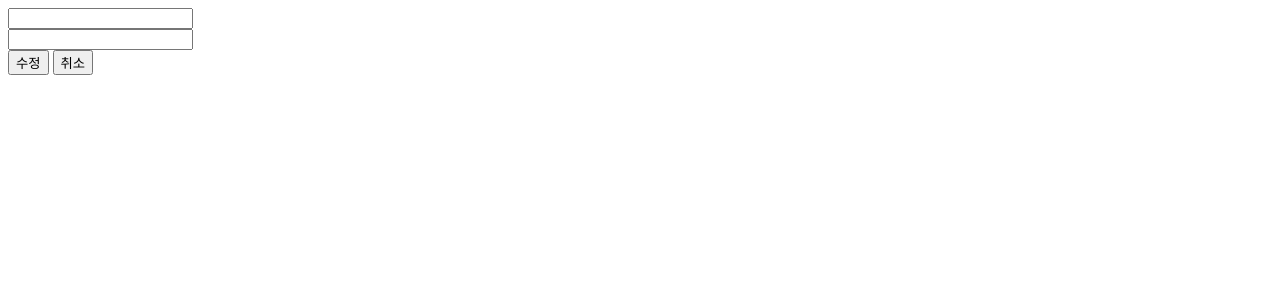
Repository: psyoongsc/SogongDo_Facility
Page: http://localhost/SogongDo_Management_System/FacilityCharge_Mgmt/UpdateFacilityChargeDiscountView.jsp
An editor plug-in stored every save of this project. The page is shown before and after the next save, followed by the edit.
The browser window is 1280 px wide. The pictures show the whole page.
The page is served by Tomcat 9. Nobody is signed in. The application's start-up code is not run.

Above is the page before, as saved 2020-06-21 10:00:14.

After the next save:
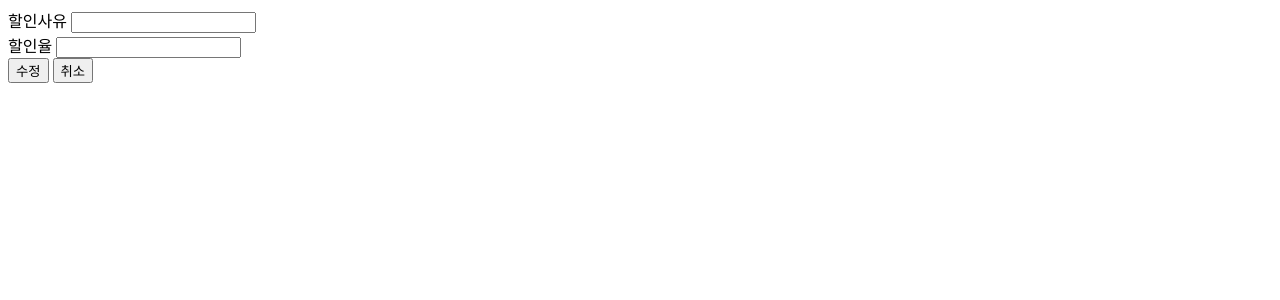
Saved 25 s later.
--- a/SogongDo_Management_System/WebContent/FacilityCharge_Mgmt/UpdateFacilityChargeDiscountView.jsp
+++ b/SogongDo_Management_System/WebContent/FacilityCharge_Mgmt/UpdateFacilityChargeDiscountView.jsp
@@ -8,8 +8,8 @@
 </head>
 <body>
 	<form action="/SogongDo_Management_System/facilityCharge/discount/update" method="POST">
-		<input type="text" name="discountReason"><br>
-		<input type="text" name="discountRate"><br>
+		<label>할인사유 </label><input type="text" name="discountReason"><br>
+		<label>할인율 </label><input type="text" name="discountRate"><br>
 		<input type="submit" value="수정">
 		<input type="button" onclick="history.back()" value="취소">
 	</form>
